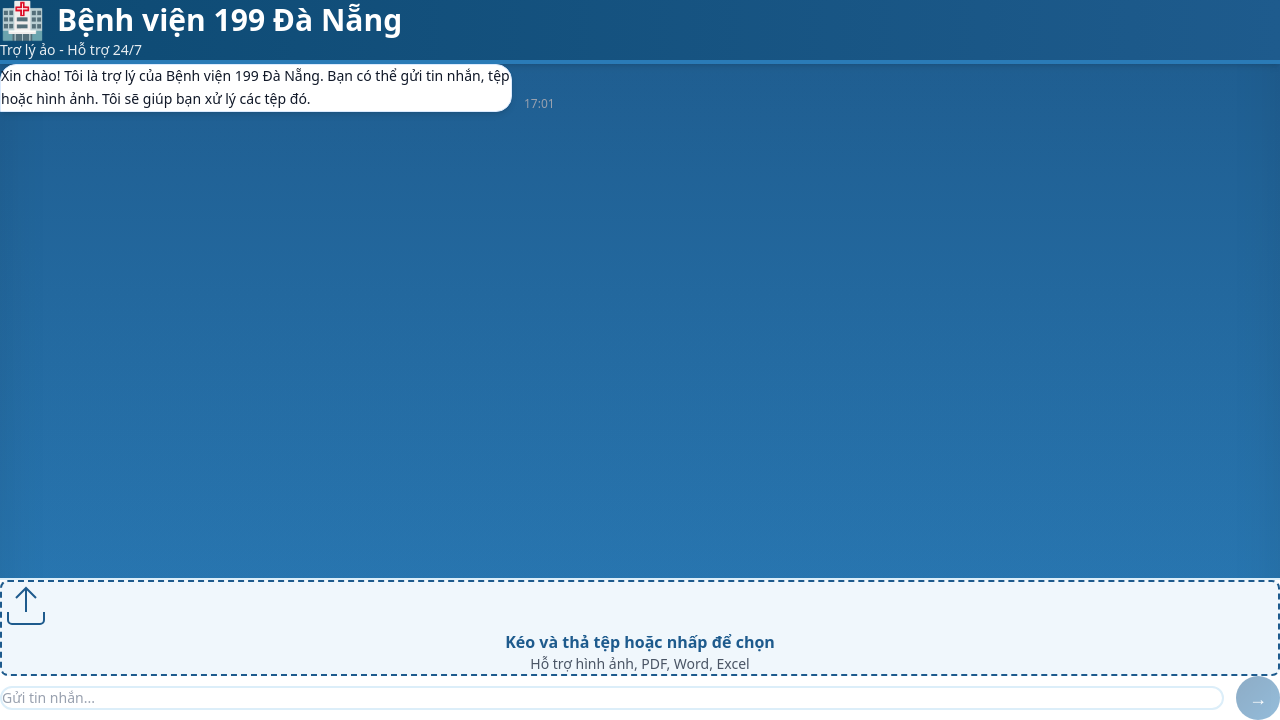
Repository: France2003/B-nh_Vi-n_199
Page: /
An editor plug-in stored every save of this project. The page is shown before and after the next save, followed by the edit.
The browser window is 1280 px wide. The pictures show the whole page.
The project was rebuilt for these pictures with package versions that can differ from the ones it lists, and the page was loaded fresh each time. Also part of the build but not shown: vite.config.ts, src/App.css, src/components/FilePreview.tsx.

Above is the page before, as saved 2026-01-09 22:24:09.

After the next save:
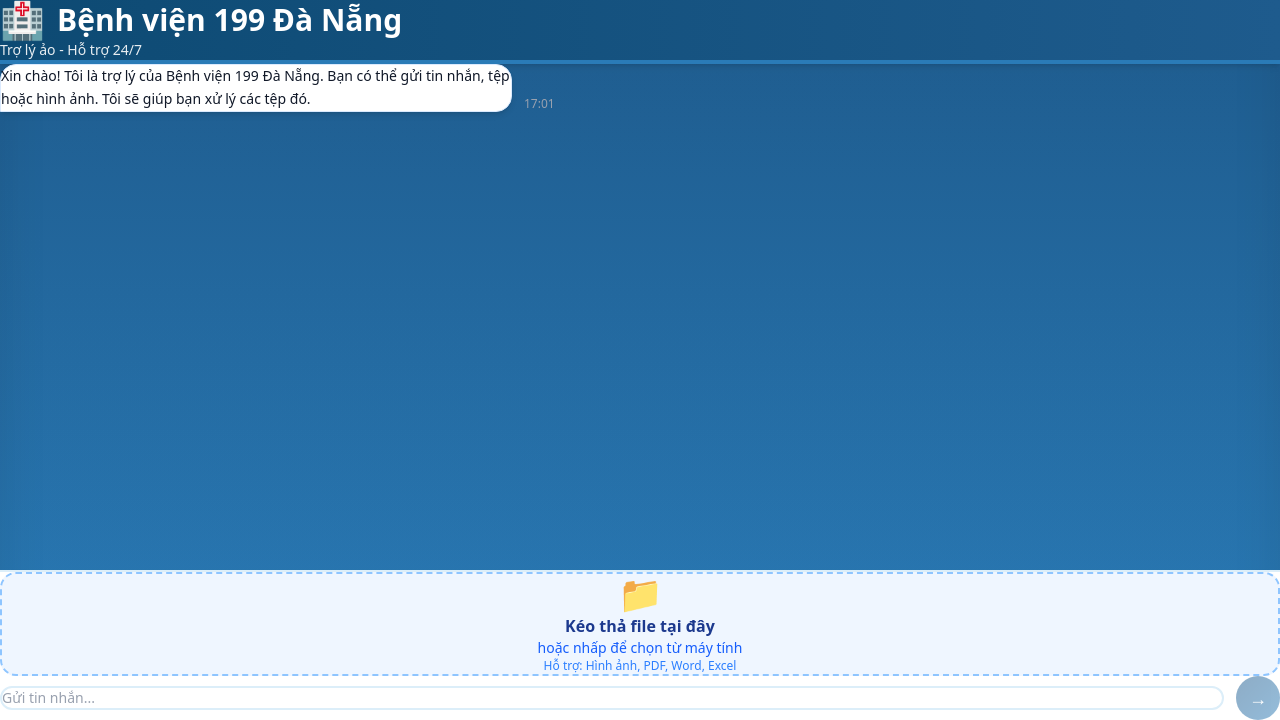
Saved 12 s later.
--- a/src/components/FileUploader.tsx
+++ b/src/components/FileUploader.tsx
@@ -63,15 +63,11 @@
 
   return (
     <div
-      className={`border-2 border-dashed rounded-lg p-6 text-center transition-all cursor-pointer mb-4 ${
+      className={`border-2 border-dashed rounded-2xl p-8 text-center transition-all cursor-pointer mb-5 ${
         isDragActive
-          ? 'shadow-lg'
-          : 'hover:bg-blue-50'
+          ? 'border-blue-500 bg-blue-50 shadow-lg scale-105'
+          : 'border-blue-300 bg-blue-50 hover:bg-blue-100 hover:border-blue-400'
       }`}
-      style={{
-        borderColor: isDragActive ? '#2a7bb7' : '#1e5b8d',
-        backgroundColor: isDragActive ? '#e8f4fb' : '#f0f7fc'
-      }}
       onDragEnter={handleDrag}
       onDragLeave={handleDrag}
       onDragOver={handleDrag}
@@ -86,19 +82,10 @@
         className="hidden"
       />
       <div className="pointer-events-none">
-        <svg
-          className="w-12 h-12 mx-auto mb-3"
-          viewBox="0 0 24 24"
-          fill="none"
-          stroke="currentColor"
-          style={{color: '#1e5b8d'}}
-        >
-          <path d="M21 15v4a2 2 0 0 1-2 2H5a2 2 0 0 1-2-2v-4"></path>
-          <polyline points="17 8 12 3 7 8"></polyline>
-          <line x1="12" y1="3" x2="12" y2="15"></line>
-        </svg>
-        <p className="m-0 mb-1 text-base font-semibold text-gray-700" style={{color: '#1e5b8d'}}>Kéo và thả tệp hoặc nhấp để chọn</p>
-        <p className="m-0 text-sm text-gray-600">Hỗ trợ hình ảnh, PDF, Word, Excel</p>
+        <div className="text-4xl mb-3">📁</div>
+        <p className="m-0 mb-2 text-base font-bold text-blue-900">Kéo thả file tại đây</p>
+        <p className="m-0 text-sm text-blue-600 mb-3">hoặc nhấp để chọn từ máy tính</p>
+        <p className="m-0 text-xs text-blue-500">Hỗ trợ: Hình ảnh, PDF, Word, Excel</p>
       </div>
     </div>
   );
